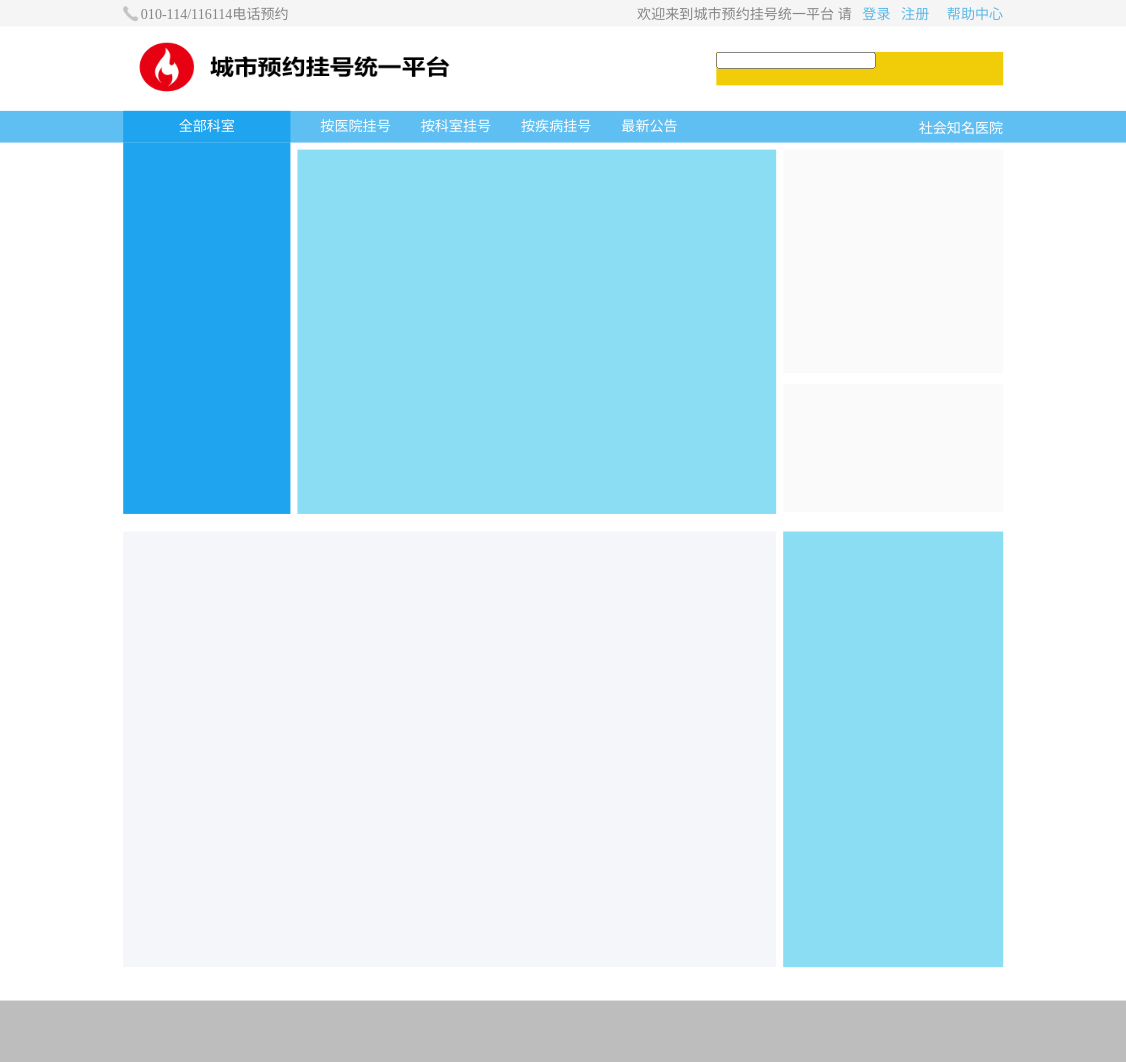
Repository: zhenzhen-gong/HospitalDemo
Page: index.html
These files come from the project's save history. The page is drawn as it stood at one moment and after the next save; the edit follows.
The browser window is 1280 px wide. The pictures show the whole page, at 88% of full size.

Above is the page before, as saved 2020-07-08 16:23:15.

### index.html
<!DOCTYPE html>
<html lang="en">

<head>
    <meta charset="UTF-8">
    <meta name="viewport" content="width=device-width, initial-scale=1.0">
    <title>城市医院预约平台</title>
    <link rel="stylesheet" href="css/style.css">
    <script src="js/script.js"></script>
</head>

<body>
    <div class="top">
        <div class="top-wrap">
            <div class="call">&nbsp;&nbsp;&nbsp;&nbsp;&nbsp;010-114/116114电话预约</div>
            <div class="welcom">
                欢迎来到城市预约挂号统一平台&nbsp;请&nbsp;&nbsp;
                <a href="#">登录</a>&nbsp;&nbsp;
                <a href="#">注册</a>&nbsp;&nbsp;&nbsp;&nbsp;
                <a href="#">帮助中心</a>
            </div>
        </div>
    </div>
    <div class="header">
        <div class="header-wrap">
            <div class="logo"><img src="./img/logo.png" alt="logo"></div>
            <div class="search">
                <span class="=tag"></span>
                <input type="text">
                <span ></span>
            </div>
        </div>
    </div>
    <div class="nav">
        <div class="nav-menu">
            <ul>
                <li>全部科室
                    <div class="menu-list"></div>
                </li>
                <li>按医院挂号</li>
                <li>按科室挂号</li>
                <li>按疾病挂号</li>
                <li>最新公告</li>
            </ul>
            <div>社会知名医院</div>
        </div>
    </div>
    <div class="banner">
        <div class="banner-slider"></div>
        <div class="banner-right">
            <div class="banner-search"></div>
            <div class="banner-help"></div>
        </div>
    </div>
    <div class="content">
        <div class="tad">
            <div class="tab-hosital"></div>
            <div class="tab-department"></div>
        </div>
        <div class="content-right">
            <div class="news"></div>
            <div class="close"></div>
        </div>
    </div>
    <div class="footer"></div>
</body>

</html>

### css/style.css
*{
    margin: 0;
    padding: 0;
}
a{
    text-decoration: none;
}
/* top部分样式 */
.top{
    height: 30px;
    width: 100%;
    background: #f5f5f5;
}
.top .top-wrap{
    width: 1000px;
    height: 100%;
    margin: 0 auto;
    display: flex;
    justify-content: space-between;
    align-items: center;
    color: #868686;
}
.top .top-wrap .call{
    background: url("../img/icon-call.png") no-repeat center left;
}
.top .top-wrap .welcom a{
    color: #5bb8e8;
}
/* header部分 */
.header{
    width: 100%;
    height: 96px;
}
.header .header-wrap{
    width: 1000px;
    height: 100%;
    margin: 0 auto;
    display: flex;
    justify-content: space-between;
    align-items: center;
}
.header .header-wrap .logo img{
    height: 74px;
    width: 403px;
}
.header .header-wrap .search{
    height: 38px;
    width: 326px;
    background: #f1cd09;
}


/* nva导航部分 */
.nav{
    width: 100%;
    height: 36px;
    background: #60bff2;
}
.nav .nav-menu{
    width: 1000px;
    height: 100%;
    margin: 0 auto;
    display: flex;
    justify-content: space-between;
    align-items: center;
}
.nav .nav-menu ul li{
    height: 36px;
    line-height: 36px;
    text-align: center;
    list-style: none;
    display: inline-block;
    color: #ffffff;
    padding-left: 30px;
    position: relative;
}
.nav .nav-menu ul li:first-child{
    width: 190px;
    text-align: center;
    background: #1fa4f0;
    padding-left: 0;
}
.nav .nav-menu div:last-child{
    color: #ffffff;
}
.nav .nav-menu ul li .menu-list{
    position: absolute;
    top:36px;
    width: 190px;
    height: 422px;
    background: #1fa4f0;
}

/* banner部分 */
.banner{
    height: 432px;
    width: 1000px;
    margin: 0 auto;
    padding-left: 190px;
    box-sizing: border-box;
}
.banner-slider{
    height: 414px;
    width: 544px;
    background: #8bddf3;
    margin: 8px 8px 0 8px ;
    float: left;
}
.banner-right{
    float: right;
    width: 250px;
    height: 414px;
    margin-top: 8px;
}
.banner-right .banner-search{
    height: 254px;
    background: #fafafa;
    margin-bottom: 12px;
}
.banner-right .banner-help{
    height: 146px;
    background: #fafafa;
}
/* content部分 */
.content{
    height: 495px;
    width: 1000px;
    margin: 10px auto 38px;
}
.content .tad{
    float: left;
    background: #f4f6fa;
    height: 495px;
    width: 742px;
}
.content .content-right{
    float: right;
    width: 250px;
    height: 495px;
    margin-left: 8px;
    background: #8bddf3;
}
/* footer部分 */
.footer{
    height: 70px;
    width: 100%;
    background: #bdbdbe;
}

Loaded but not shown: js/script.js (no stored copy; drawn as an empty file)

After the next save:
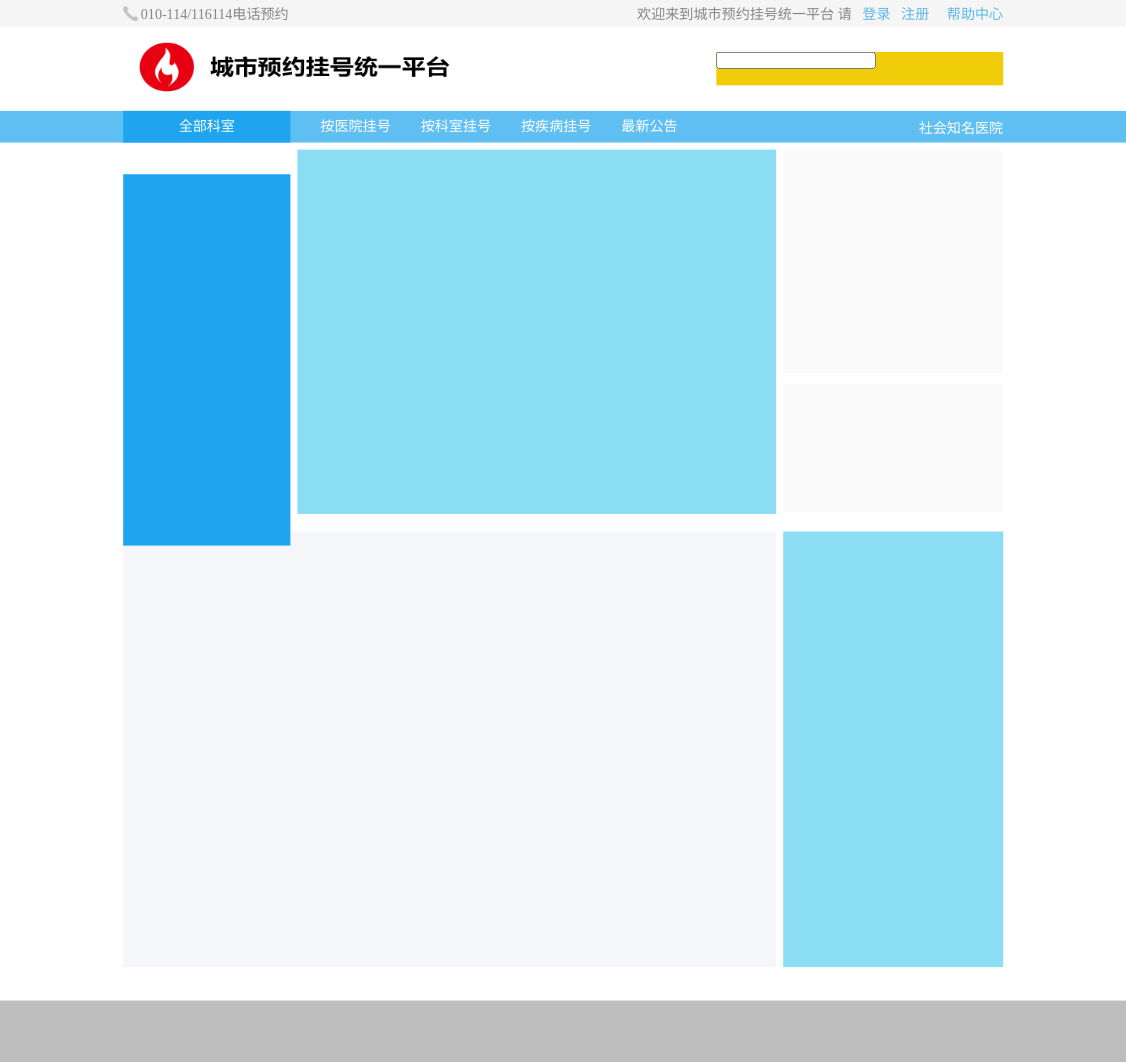
Saved 2 min 19 s later.
--- a/css/style.css
+++ b/css/style.css
@@ -72,7 +72,7 @@
     display: inline-block;
     color: #ffffff;
     padding-left: 30px;
-    position: relative;
+    /* position: relative; */
 }
 .nav .nav-menu ul li:first-child{
     width: 190px;
@@ -84,8 +84,8 @@
     color: #ffffff;
 }
 .nav .nav-menu ul li .menu-list{
-    position: absolute;
-    top:36px;
+    /* position: absolute; */
+    margin-top:36px;
     width: 190px;
     height: 422px;
     background: #1fa4f0;

After the save that followed:
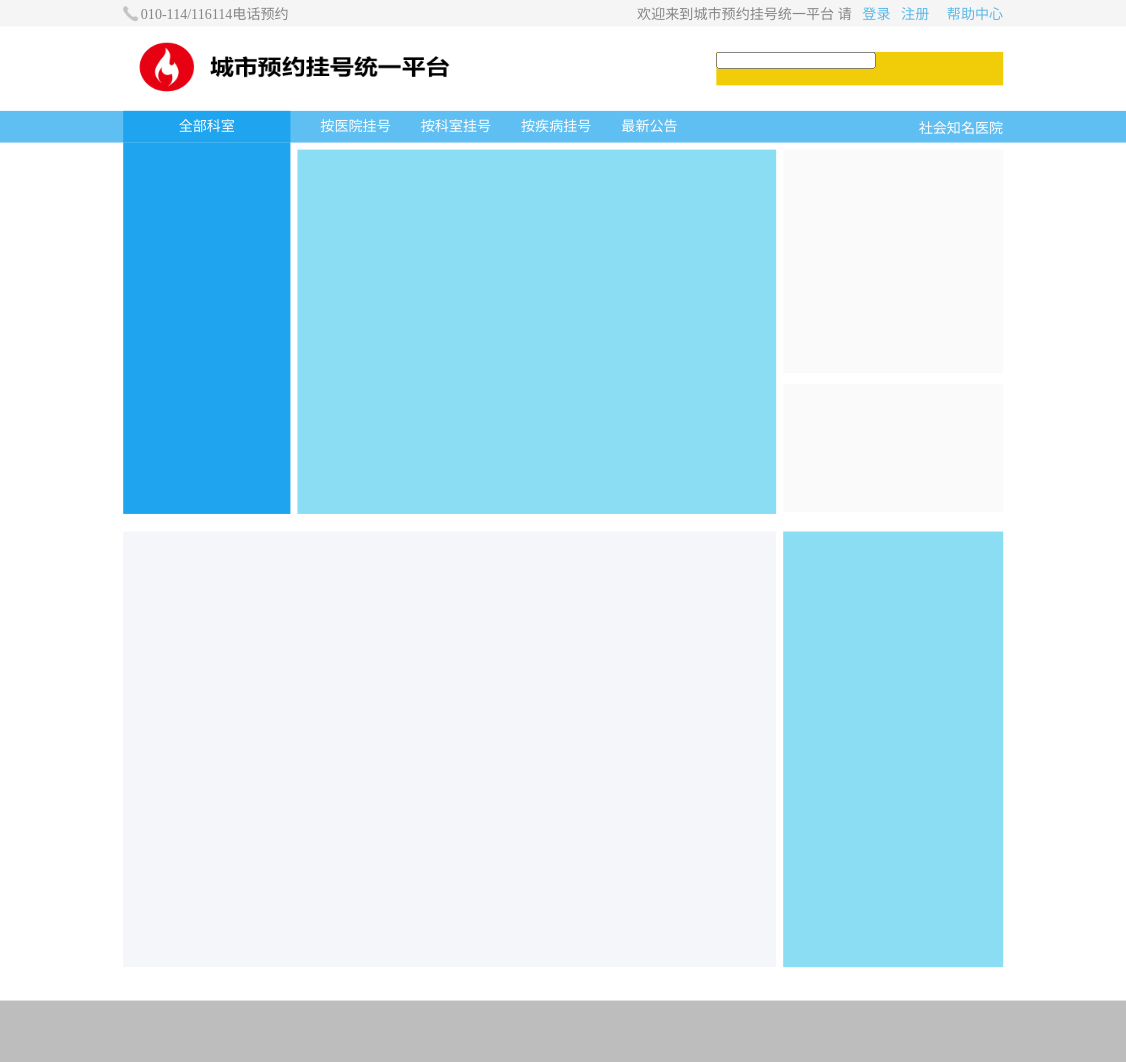
Saved 22 s later.
--- a/css/style.css
+++ b/css/style.css
@@ -85,7 +85,7 @@
 }
 .nav .nav-menu ul li .menu-list{
     /* position: absolute; */
-    margin-top:36px;
+    /* margin-top:36px; */
     width: 190px;
     height: 422px;
     background: #1fa4f0;
